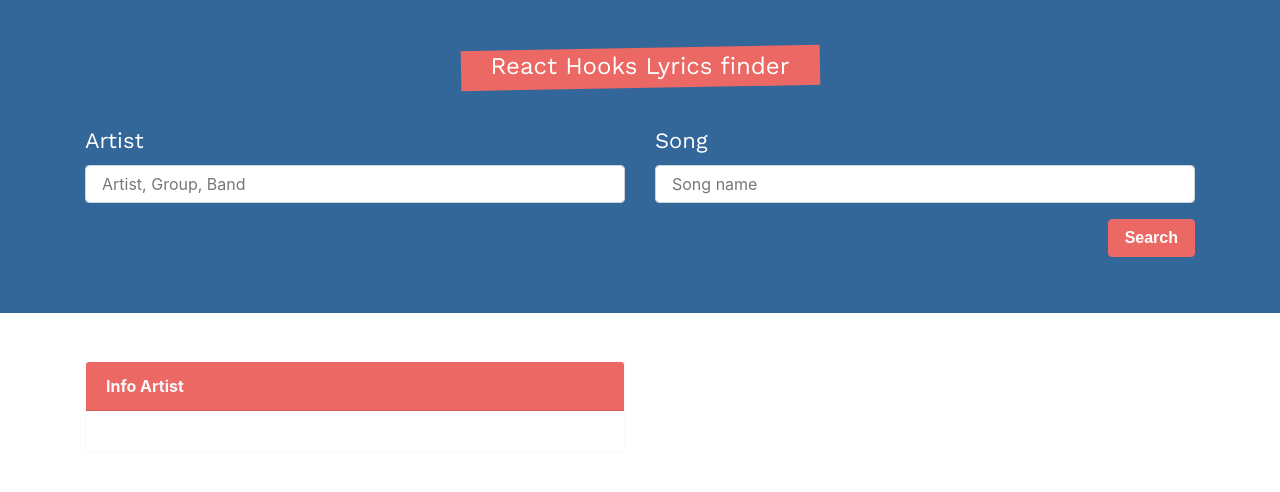
Repository: ppfeliuu/Lyrics-and-Band
Page: /
These files come from the project's save history. The page is drawn as it stood at one moment and after the next save; the edit follows.
The browser window is 1280 px wide. The pictures show the whole page.
The page's requests for data from a server got no answer. Some web fonts or font styles are not loaded; a fallback is used. The project was rebuilt for these pictures with package versions that can differ from the ones it lists, and the page was loaded fresh each time. No one was signed in, and anything a server would have sent is missing. Also part of the build but not shown: src/components/Cancion.js.

Above is the page before, as saved 2019-06-24 11:20:03.

### public/index.html
<!DOCTYPE html>
<html lang="en">
  <head>
    <meta charset="utf-8" />
    <link rel="shortcut icon" href="%PUBLIC_URL%/favicon.ico" />
    <meta
      name="viewport"
      content="width=device-width, initial-scale=1, shrink-to-fit=no"
    />
    <meta name="theme-color" content="#000000" />
    <!--
      manifest.json provides metadata used when your web app is added to the
      homescreen on Android. See https://developers.google.com/web/fundamentals/web-app-manifest/
    -->
    <link rel="manifest" href="%PUBLIC_URL%/manifest.json" />
    <!--
      Notice the use of %PUBLIC_URL% in the tags above.
      It will be replaced with the URL of the `public` folder during the build.
      Only files inside the `public` folder can be referenced from the HTML.

      Unlike "/favicon.ico" or "favicon.ico", "%PUBLIC_URL%/favicon.ico" will
      work correctly both with client-side routing and a non-root public URL.
      Learn how to configure a non-root public URL by running `npm run build`.
    -->
    <title>App Música</title>

    <link href="https://fonts.googleapis.com/css?family=Work+Sans" rel="stylesheet">
    <link rel="stylesheet" href="https://use.fontawesome.com/releases/v5.7.1/css/all.css" integrity="sha384-fnmOCqbTlWIlj8LyTjo7mOUStjsKC4pOpQbqyi7RrhN7udi9RwhKkMHpvLbHG9Sr" crossorigin="anonymous">
   <link rel="stylesheet" href="https://bootswatch.com/4/journal/bootstrap.min.css">
  </head>
  <body>
    <noscript>You need to enable JavaScript to run this app.</noscript>
    <div id="root"></div>
    <!--
      This HTML file is a template.
      If you open it directly in the browser, you will see an empty page.

      You can add webfonts, meta tags, or analytics to this file.
      The build step will place the bundled scripts into the <body> tag.

      To begin the development, run `npm start` or `yarn start`.
      To create a production bundle, use `npm run build` or `yarn build`.
    -->
  </body>
</html>

### src/App.js
import React, { useState, useEffect, Fragment } from 'react';
import axios from 'axios';
import Cancion from './components/Cancion';
import Formulario from './components/Formulario';
import Informacion from './components/Informacion';

function App() {

  const [ artista, agregarArtista ] = useState('');
  const [ letra, agregarLetra ] = useState([]);
  const [ info, agregarInfo ] = useState({});


  // Consulta API canciones
  const consultarAPILetra = async busqueda => {
    //console.log(busqueda);
    const {artista, cancion} = busqueda;
    const url = `https://api.lyrics.ovh/v1/${artista}/${cancion}`;



    // consulta api
    const resultado = await axios(url);

    agregarArtista(artista);

    // console.log(resultado.data.lyrics);
    agregarLetra(resultado.data.lyrics);


  }

  // Consultar API info grupo
  const consultarAPIInfo = async () => {

    const url = `https://theaudiodb.com/api/v1/json/1/search.php?s=${artista}`;

    const resultado = await axios(url);

    agregarInfo(resultado.data.artists[0]);

  }

  useEffect(
    () => {
      consultarAPIInfo();
    }, [artista]
  )

  return (
    <Fragment>
      <Formulario
        consultarAPILetra={consultarAPILetra}
      />

      <div className="container mt-5">
        <div className="row">
          <div className="col-md-6">
              <Informacion
                info={info}
              />
          </div>
          <div className="col-md-6">
          <Cancion
              letra={letra}
            />
          </div>
        </div>
      </div>
    </Fragment>
  );
}

export default App;

### src/components/Formulario.js
import React, { useState, useEffect, Fragment } from 'react';

function Formulario({consultarAPILetra}) {


    const [busqueda, agregarBusqueda] = useState({
        artista: '',
        cancion: ''
    })

    //funcion para actualzar state del input

    const actualizarState = e => {
        agregarBusqueda({
            ...busqueda,
            [e.target.name] : e.target.value
        });

        //console.log(busqueda);
    }

    const enviarInformacion = e => {
        e.preventDefault();
        consultarAPILetra(busqueda);
    }

    return (
        <div className="bg-info">
          <div className="container">
              <div className="row">
                  <form onSubmit={enviarInformacion}
                    className="col card text-white bg-transparent  mb-5 pt-5 pb-2">
                      <fieldset>
                          <legend className="text-center">React Hooks Lyrics finder</legend>
                          <div className="row">
                              <div className="col-md-6">
                                <div className="form-group">
                                    <label>Artist</label>
                                    <input
                                        type="text"
                                        className="form-control"
                                        name="artista"
                                        placeholder="Artist, Group, Band "
                                        onChange={actualizarState}
                                        required
                                    />
                                </div>
                              </div>
                              <div className="col-md-6">
                                <div className="form-group">
                                    <label>Song</label>
                                    <input
                                        type="text"
                                        className="form-control"
                                        name="cancion"
                                        placeholder="Song name"
                                        onChange={actualizarState}
                                        required
                                    />
                                </div>
                              </div>
                          </div>
                          <button type="submit" className="btn btn-primary float-right">Search</button>
                      </fieldset>
                  </form>
              </div>
          </div>
      </div>
    )
}

export default Formulario;

### src/components/Informacion.js
import React from 'react';

function Informacion({info}) {
    return(
       <div className="card border-light">
           <div className="card-header bg-primary text-light font-weight-bold">
               Info Artist
           </div>
           <div className="card-body">

           </div>
       </div>
    )
}

export default Informacion;

Loaded but not shown: src/index.js (common file); src/index.css (common file); src/serviceWorker.js (common file)

After the next save:
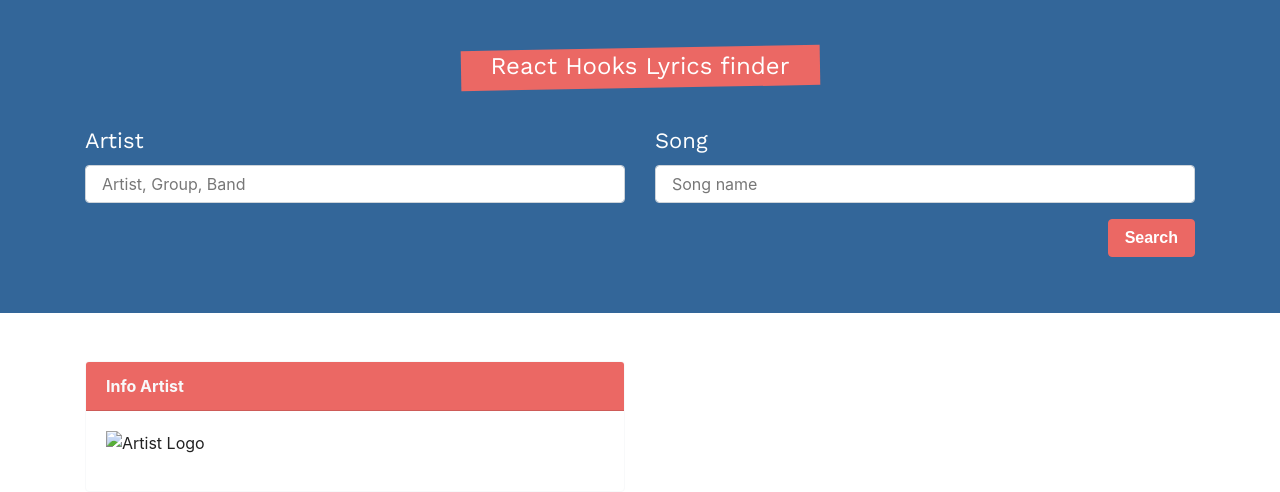
Saved 2 min 11 s later.
--- a/src/components/Informacion.js
+++ b/src/components/Informacion.js
@@ -7,7 +7,7 @@ function Informacion({info}) {
                Info Artist
            </div>
            <div className="card-body">
-
+               <img src={info.strArtistThumb} alt="Artist Logo"/>
            </div>
        </div>
     )
